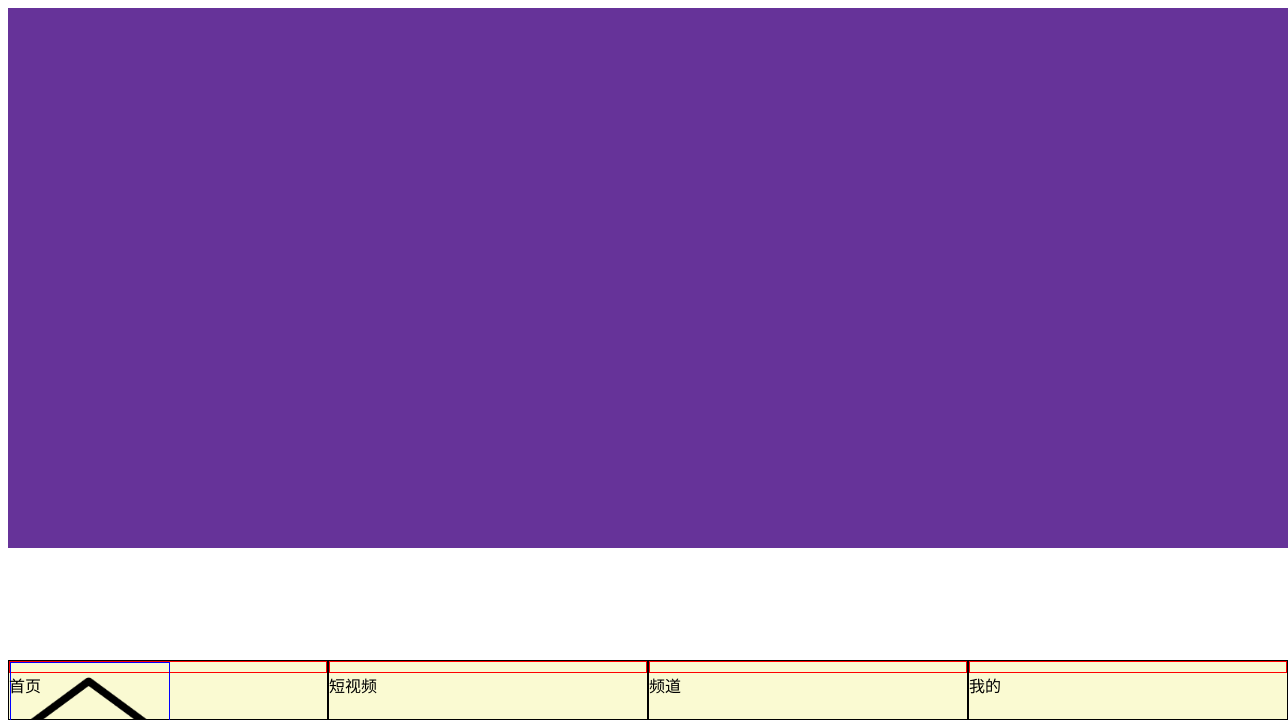
Repository: ITliuxiangyu/H51911Test
Page: video_demo/index.html
These files come from the project's save history. The page is drawn as it stood at one moment and after the next save; the edit follows.
The browser window is 1280 px wide. The page is 1288 px wide, so the pictures cover 1288 px, including what lies to the right of the window. The pictures show the whole page.

Above is the page before, as saved 2019-12-20 09:55:10.

### video_demo/index.html
<!DOCTYPE html>
<html lang="en">
<head>
    <meta charset="UTF-8">
    <meta name="viewport" content="width=device-width, initial-scale=1.0">
    <meta http-equiv="X-UA-Compatible" content="ie=edge">
    <title>Document</title>
    <link rel="stylesheet" href="./css/index.css">
</head>
<body>
    <div class="app">
        <div class="app_content"></div>
        <div class="app_tabbar">
            <div class="tabbar_item">
                <div>
                    <img src="./imgs/shouye.png" alt="">
                </div>
                <span>首页</span>
            </div>
            <div class="tabbar_item">
                <div>
                    <!-- <img src="./imgs/redu.png" alt=""> -->
                </div>
                <span>短视频</span>
            </div>
            <div class="tabbar_item">
                <div>
                    <!-- <img src="./imgs/pindao.png" alt=""> -->
                </div>
                <span>频道</span>
            </div>
            <div class="tabbar_item">
                <div>
                    <!-- <img src="./imgs/wode.png" alt=""> -->
                </div>
                <span>我的</span>
            </div>
        </div>
    </div>
</body>
<script src="./js/jquery-3.4.1.min.js"></script>
<script src="./js/index.js"></script>
</html>

### video_demo/css/index.css
/* 页面的内容区域部分 */
.app_content{
    width: 100vw;
    background-color: rebeccapurple;
}
.app_tabbar{
    width: 100vw;
    height: 60px;
    background-color: lightgoldenrodyellow;
    position: fixed;
    bottom: 0px;
    display: flex;
}
/* 底部的四个小块 */
.tabbar_item{
    flex: 1;
    border: 1px solid black;
}
.tabbar_item div{
    border: 1px solid red;
    height: 10px;
}
.tabbar_item div img{
    width: 50%;
    border: 1px solid blue;
}

### video_demo/js/index.js
// 内容区域的高度
var screen_h = window.screen.height
var screen_w = window.screen.width

$(".app_content").css({
    "height": screen_h - $(".app_tabbar").outerHeight() + "px"
})

Loaded but not shown: video_demo/js/jquery-3.4.1.min.js (library)

After the next save:
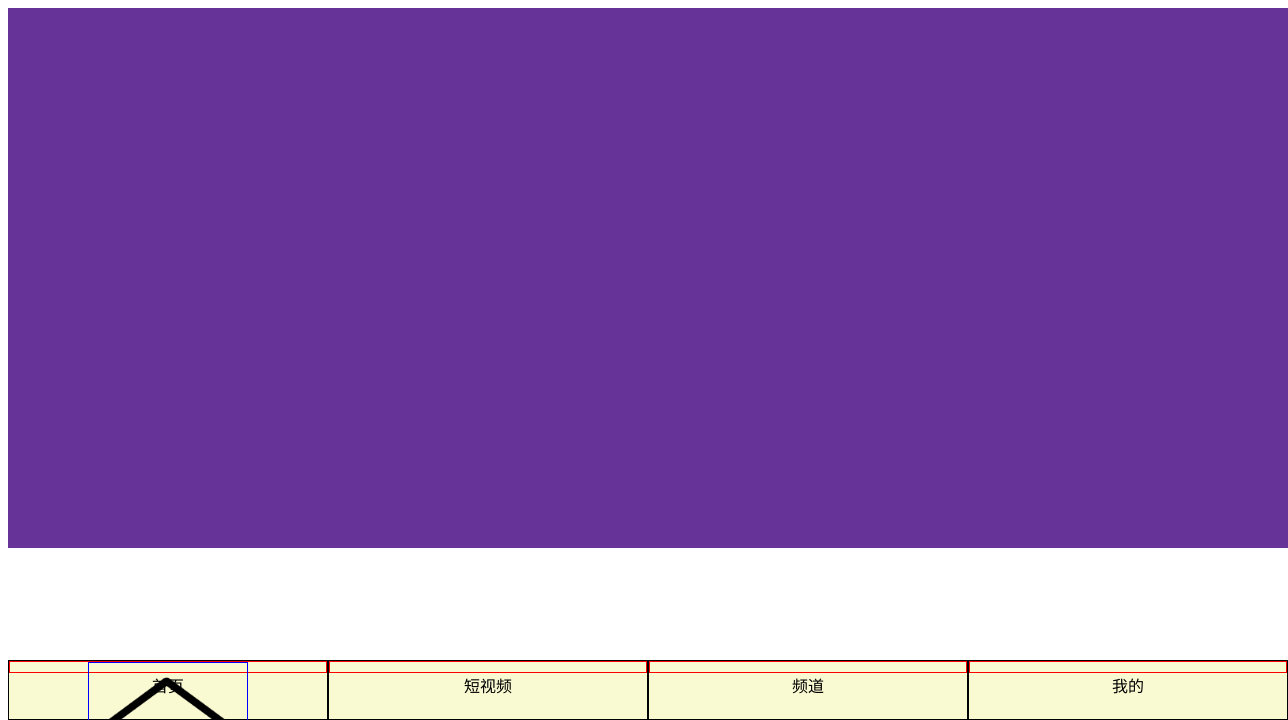
Saved 20 s later.
--- a/video_demo/css/index.css
+++ b/video_demo/css/index.css
@@ -16,6 +16,9 @@
     flex: 1;
     border: 1px solid black;
 }
+.tabbar_item{
+    text-align: center;
+}
 .tabbar_item div{
     border: 1px solid red;
     height: 10px;
